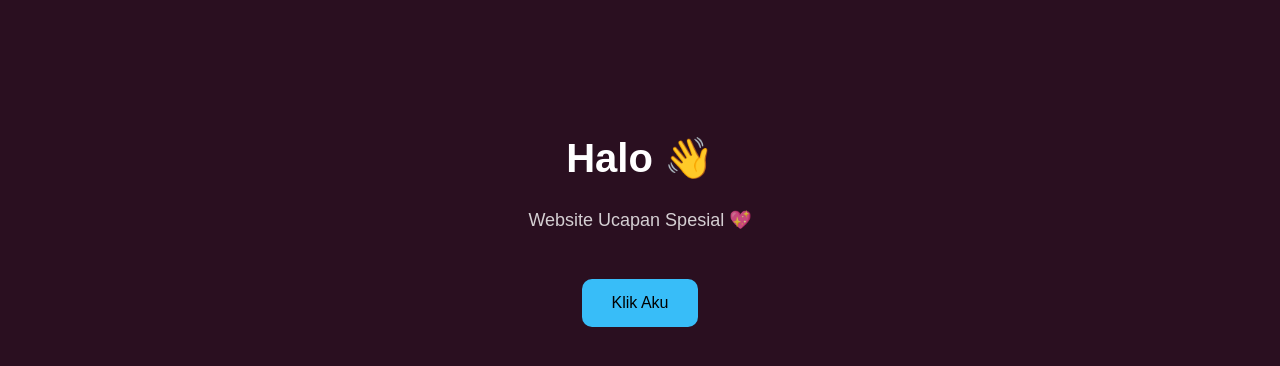
Repository: mufti-1448/web-ucapan
Page: index.html
The author's editor kept a copy of each file at every save. The page is drawn from the files as they stood at one save, then again after a run of saves.
The browser window is 1280 px wide. The pictures show the whole page.

Above is the page before, as saved 2026-02-16 15:01:36.

After the next 2 saves:
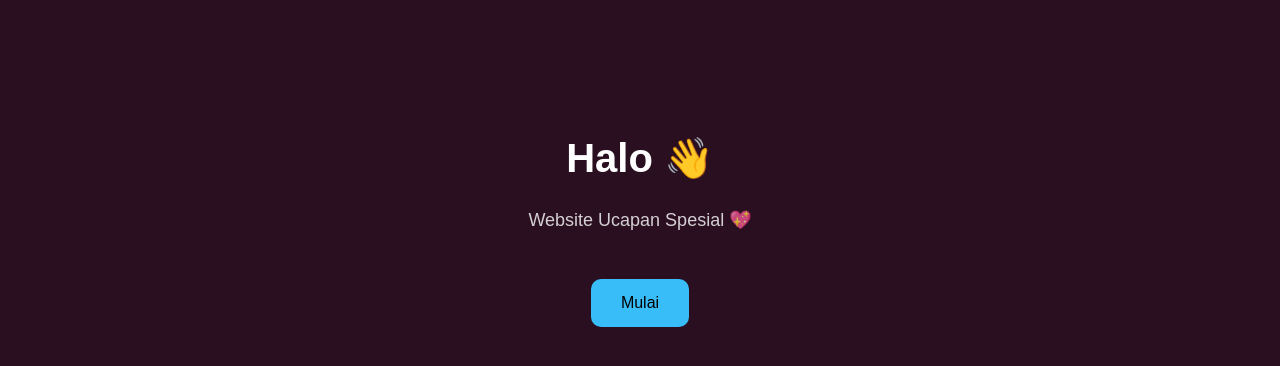
The 2 saves are shown as one change because they came seconds apart.
The last was saved 14 s later.
--- a/index.html
+++ b/index.html
@@ -8,6 +8,6 @@
     <h1>Halo 👋</h1>
     <p>Website Ucapan Spesial 💖</p>
 
-    <button>Klik Aku</button>
+    <button>Mulai</button>
   </body>
 </html>
